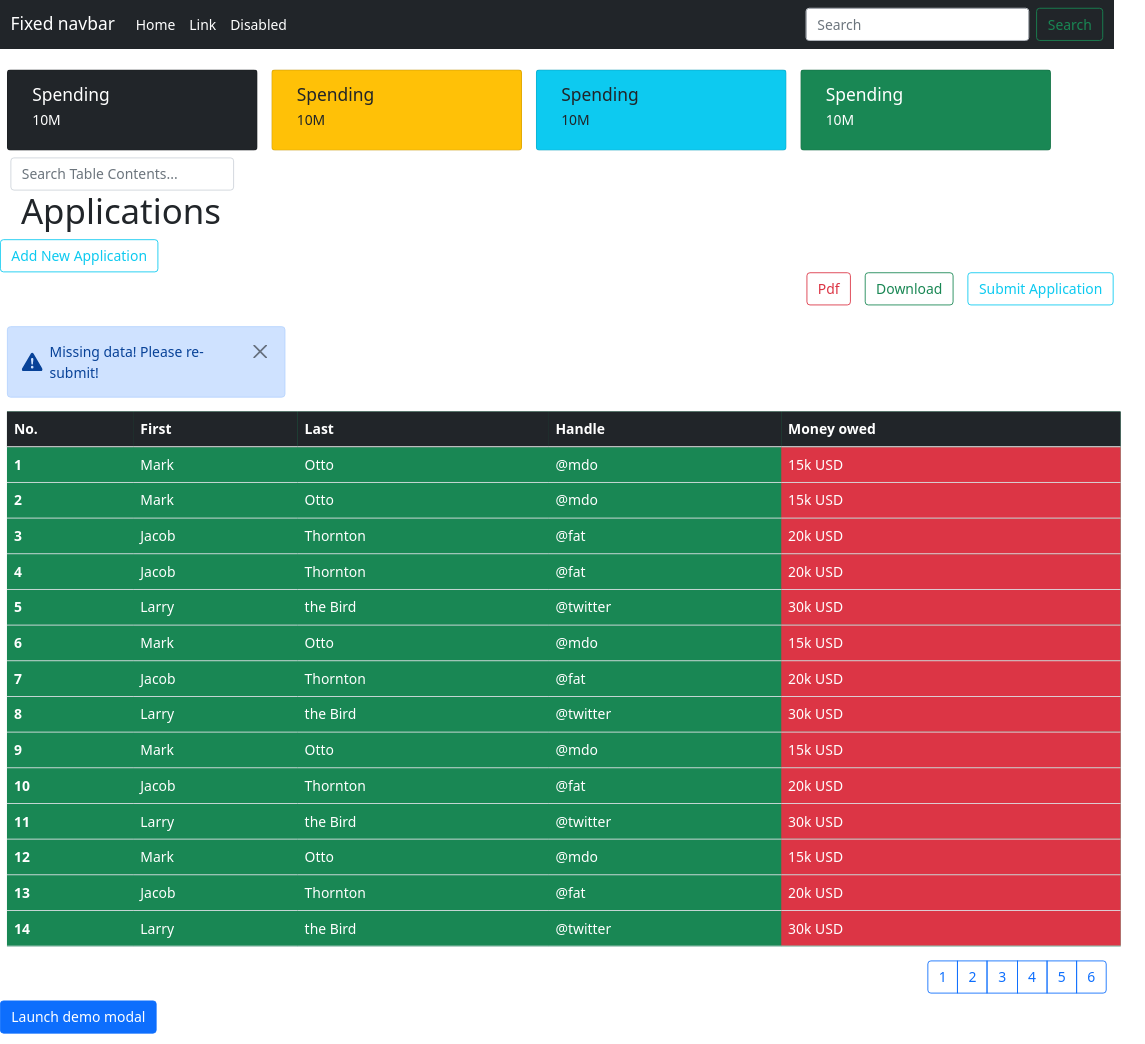
Repository: Dayvid0/BOOTSTRAP-TUTORIALS
Page: BOOTSTRAP-GRID-LAYOUTS/zylo.html
The author's editor kept a copy of each file at every save. The page is drawn from the files as they stood at one save, then again after the next save.
The browser window is 1280 px wide. The page is 1316 px wide, so the pictures cover 1316 px, including what lies to the right of the window. The pictures show the whole page, at 87% of full size.

Above is the page before, as saved 2025-02-01 09:51:31.

After the next save:
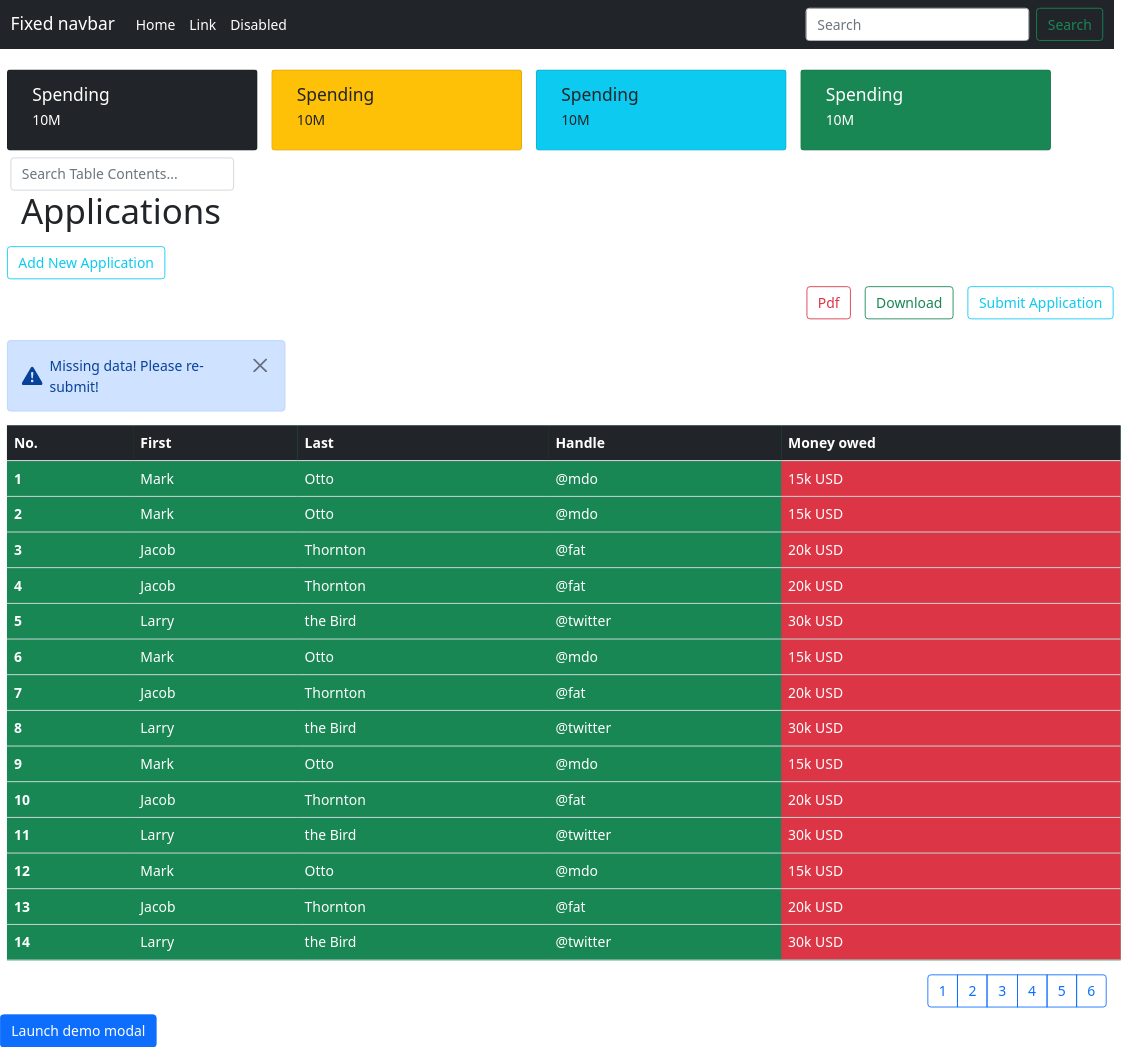
Saved 12 s later.
--- a/BOOTSTRAP-GRID-LAYOUTS/zylo.html
+++ b/BOOTSTRAP-GRID-LAYOUTS/zylo.html
@@ -73,7 +73,7 @@
         <h1 class="mx-4">Applications</h1>
       </div>
       <!--buttons-->
-      <div class="col d-flex w-auto">
+      <div class="col d-flex  m-2">
             <button type="button" class="btn btn-outline-info">Add New Application</button>
         </div>
       </div>

After the save that followed:
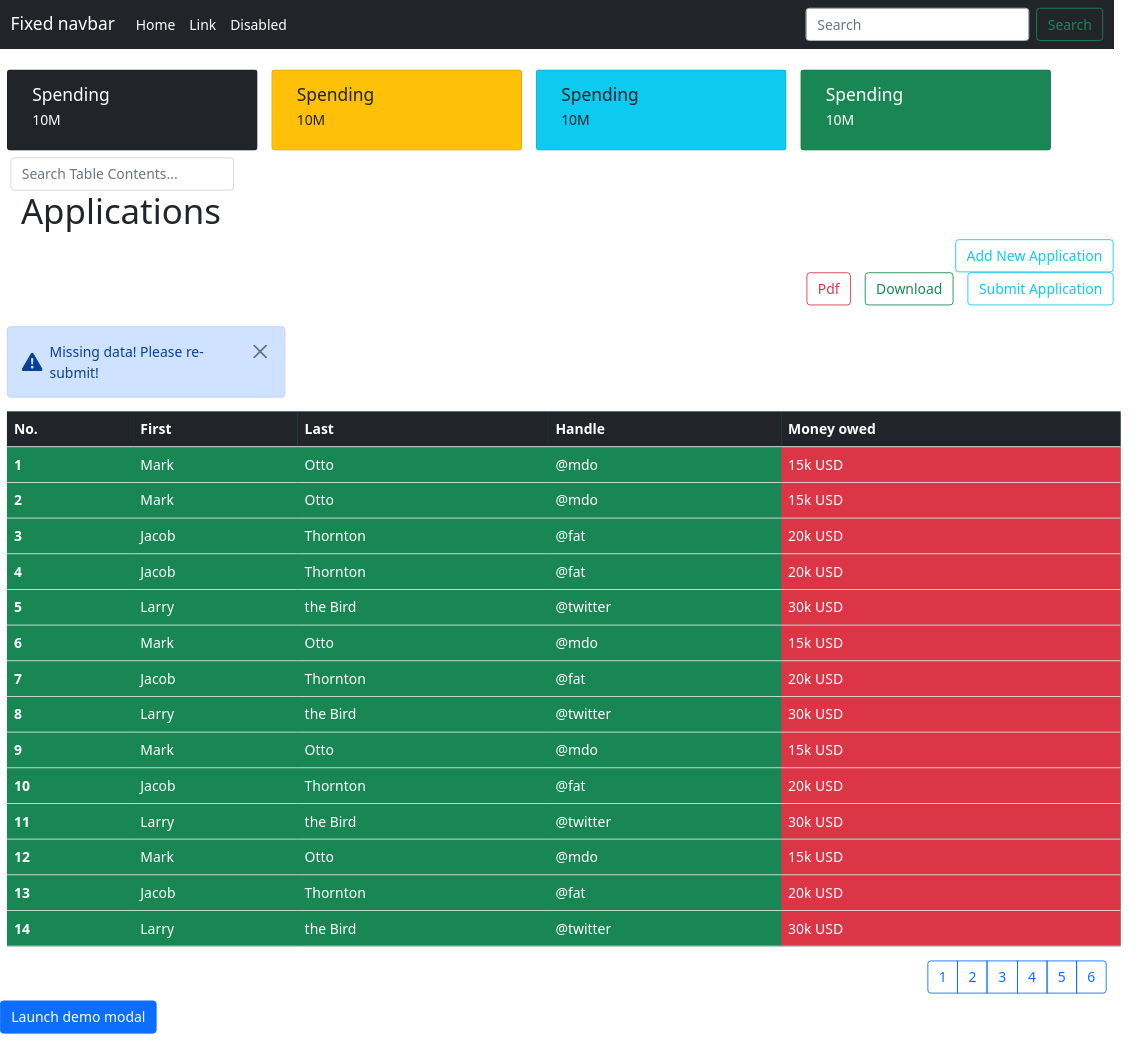
Saved 20 s later.
--- a/BOOTSTRAP-GRID-LAYOUTS/zylo.html
+++ b/BOOTSTRAP-GRID-LAYOUTS/zylo.html
@@ -73,7 +73,7 @@
         <h1 class="mx-4">Applications</h1>
       </div>
       <!--buttons-->
-      <div class="col d-flex  m-2">
+      <div class="col d-flex  justify-content-end">
             <button type="button" class="btn btn-outline-info">Add New Application</button>
         </div>
       </div>
